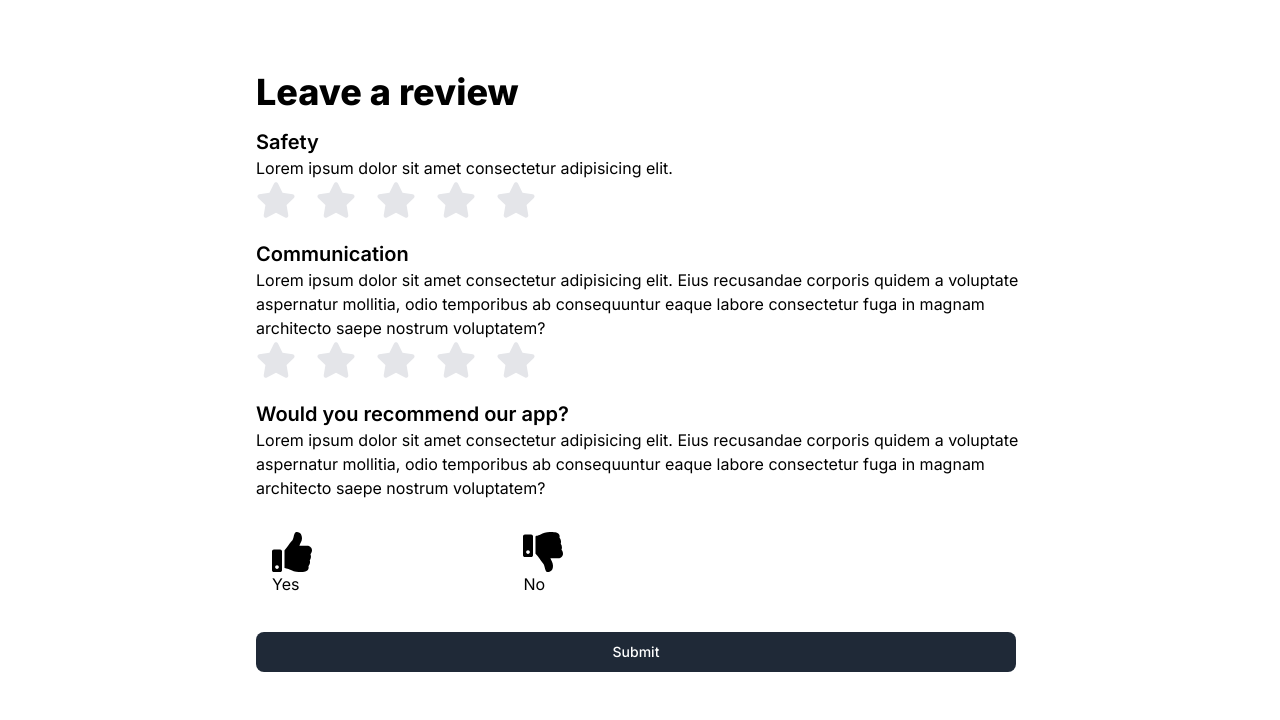
Repository: akankshaajoshi/review-form
Page: /review
An editor plug-in stored every save of this project. The page is shown before and after the next save, followed by the edit.
The browser window is 1280 px wide. The pictures show the whole page.
The project was rebuilt for these pictures with package versions that can differ from the ones it lists, and the page was loaded fresh each time. The framework's server and built-in components were replaced by stand-ins that run in the browser. Also part of the build but not shown: next.config.mjs.

Above is the page before, as saved 2024-05-25 13:52:15.

### app/(routes)/review/page.tsx
'use client'

import { useFormState, useFormStatus } from "react-dom";
import {createReview} from "@/app/actions"
import StarRating from "./../../_components/StarRatings"
import TrueOrFalse from './../../_components/TrueOrFalse'

const initialState = {
    message: "",
    type: "",
}

function SubmitButton(){
    const {pending} = useFormStatus();
    return (
        <button type="submit" className="text-white bg-gray-800 hover:bg-gray-900 focus:outline-none focus:ring-4 focus:ring-gray-300 font-medium rounded-lg text-sm px-5 py-2.5 me-2 mb-2 dark:bg-gray-800 dark:hover:bg-gray-700 dark:focus:ring-gray-700 dark:border-gray-700" aria-disabled={pending}>
            Submit
        </button>
    )
}

export default function Review(){
    const ratings = [1, 2, 3, 4, 5];
    const [state, formAction] = useFormState(createReview, initialState);
    return (
        <div className="flex flex-col items-center w-[100vw] h-[100vh]">
            <div className="flex flex-col gap-y-4 items-left mt-[10vh] h-[80vh] w-[60vw]">
            <h2 className="text-4xl font-extrabold">Leave a review</h2>
            {state?.type === "success" && <p className="text-lg p-2 text-white rounded-md bg-green-500">{state?.message}</p>}
            {state?.type === "error" && <p className="text-lg p-2 text-white rounded-md bg-red-500">{state?.message}</p>}
            <form action={formAction} className="flex flex-col lg:gap-y-[20px] sm:gap-y-[30px]">
                <fieldset>
                    <label htmlFor="safety" className="text-xl font-semibold">Safety</label>
                    <p>Lorem ipsum dolor sit amet consectetur adipisicing elit. </p>
                    <StarRating name="safety"/>
                </fieldset>
                <fieldset>
                    <label htmlFor="communication" className="text-xl font-semibold">Communication</label>
                    <p>Lorem ipsum dolor sit amet consectetur adipisicing elit. Eius recusandae corporis quidem a voluptate aspernatur mollitia, odio temporibus ab consequuntur eaque labore consectetur fuga in magnam architecto saepe nostrum voluptatem?</p>
                    <StarRating name="communication"/>
                </fieldset>
                <fieldset>
                    <label htmlFor="recommend" className="text-xl font-semibold">Would you recommend our app? </label>
                    <p>Lorem ipsum dolor sit amet consectetur adipisicing elit. Eius recusandae corporis quidem a voluptate aspernatur mollitia, odio temporibus ab consequuntur eaque labore consectetur fuga in magnam architecto saepe nostrum voluptatem?</p>
                    <TrueOrFalse name="recommend"/>
                </fieldset>
                <SubmitButton/>
            </form>
            </div>
        </div>
    )
}

### app/actions.tsx
'use server'

import {revalidatePath} from "next/cache";
import {sql} from "@vercel/postgres"
import {z} from 'zod'
// CREATE TABLE reviews (
//     id SERIAL PRIMARY KEY,
//      safety INTEGER NOT NULL,
//     communication INTEGER NOT NULL,
//      recommend VARCHAR(5) NOT NULL );
export async function createReview(prevState: {message: string, type: string}, formData: FormData){

    const schema = z.object({
        safety: z.number(),
        communication: z.number(),
        recommend: z.string(),
    })
    const parse = schema.safeParse({
        safety: Number(formData.get('safety')),
        communication: Number(formData.get('communication')),
        recommend: formData.get('recommend'),
    })

    if (!parse.success) {
        console.log("incorrect parse")
        return { message: "Failed to create review", type: "error" };
      }

    const data = parse.data

    try{
        await sql`
        INSERT INTO reviews(safety, communication, recommend) VALUES (${data.safety}, ${data.communication}, ${data.recommend})
        `
        // revalidatePath('/reviews/' )
        return {message: `Added review successfully.`, type: "success"}
    }catch(err){
        console.log(err)
        return {message: `Failed to add review.`, type: "error"}
    }
}

### app/_components/StarRatings/index.tsx
import {FaStar} from "react-icons/fa"
import React, { useState } from "react";

interface StarProps {
  name: string;
};

const Index : React.FC<StarProps> = ({name}) => {
  const [rating , setRating] = useState<number>(0);
  const [hover, setHover] = useState<number>(0);
  return (
    <div className="flex flex-row lg:gap-x-5 sm:gap-x-3">
      {[...Array(5)].map((star, index) =>{
        const currentRating: number = index+1;
        return (
          <label key={index}>
            <input type="radio" name={name}
            className="hidden"
            value={index+1}
            onClick={()=>setRating(currentRating)}>
            </input>
            <FaStar className="star" size={40} color={currentRating <= (hover || rating) ? "#ffc107" : "#e4e5e9"}
            onMouseEnter={()=>setHover(currentRating)}
            onMouseLeave={()=>setHover(0)}
            ></FaStar>
          </label>
        )
      })}
    </div>
  )
}

export default Index

### app/_components/TrueOrFalse/index.tsx
import { FaThumbsDown, FaThumbsUp } from "react-icons/fa";
import { useState } from "react";

interface TrueOrFalseProps {
    name: string;
}

const TrueOrFalse : React.FC<TrueOrFalseProps> = ({name}) =>{
    const [selected, setSelected] = useState<string>("");
    return (
        <div className="flex flex-row gap-x-4 pt-4">
          <label className={`w-[30%] rounded-md mr-[5px] p-4 bg-${selected==='true'?  "green": "" }-500`}>
            <input type="radio" name={name}
            className="hidden"
            value="true"
            onClick={()=>setSelected("true")}
            >
            </input>
            <FaThumbsUp size={40}
            ></FaThumbsUp>
            Yes
          </label>
          <label className={`w-[30%] rounded-md mr-[5px] p-4 bg-${selected==='false'?  "red": "" }-500`}>
            <input type="radio" name={name}
            className="hidden"
            value="false"
            onClick={()=>setSelected("false")}>
            </input>
            <FaThumbsDown className="star" size={40}
            ></FaThumbsDown>
            No
          </label>
        </div>
    )
}

export default TrueOrFalse;

Loaded but not shown: app/layout.tsx (common file); app/globals.css (common file); tailwind.config.ts (common file)

After the next save:
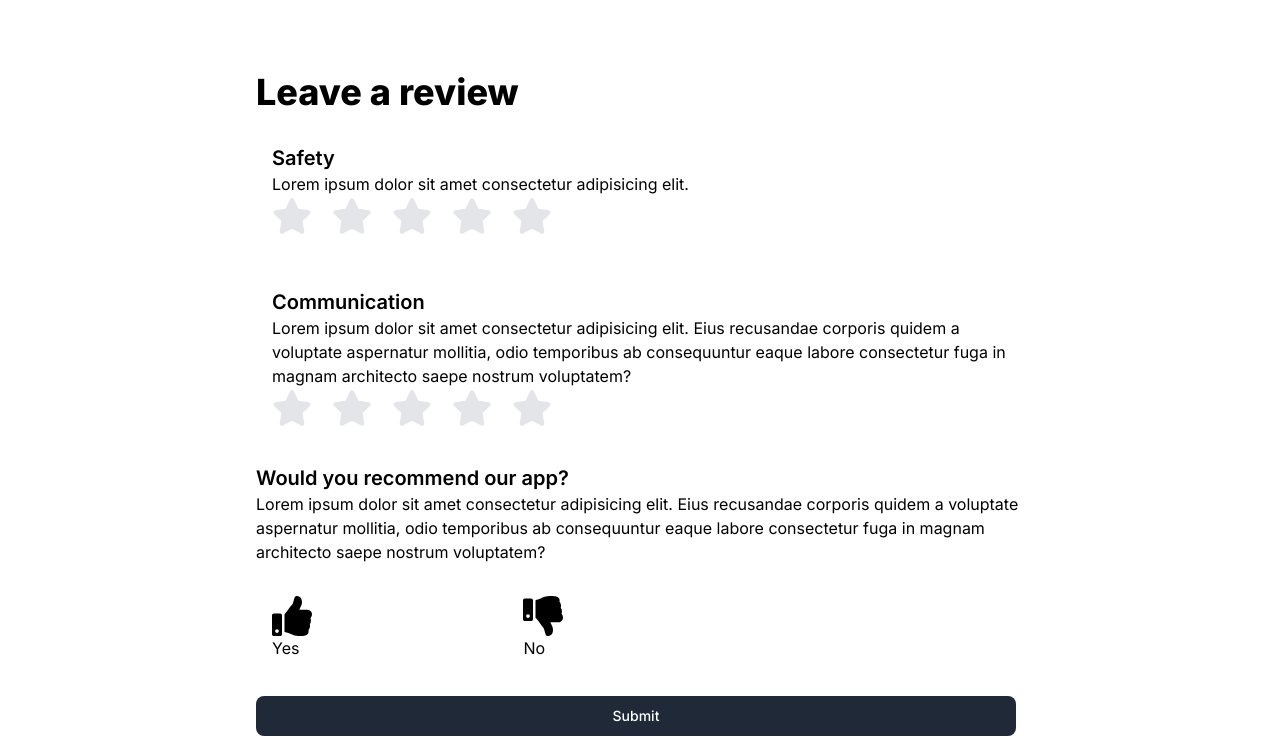
Saved 28 s later.
--- a/app/(routes)/review/page.tsx
+++ b/app/(routes)/review/page.tsx
@@ -29,12 +29,12 @@ export default function Review(){
             {state?.type === "success" && <p className="text-lg p-2 text-white rounded-md bg-green-500">{state?.message}</p>}
             {state?.type === "error" && <p className="text-lg p-2 text-white rounded-md bg-red-500">{state?.message}</p>}
             <form action={formAction} className="flex flex-col lg:gap-y-[20px] sm:gap-y-[30px]">
-                <fieldset>
+                <fieldset className="p-4">
                     <label htmlFor="safety" className="text-xl font-semibold">Safety</label>
                     <p>Lorem ipsum dolor sit amet consectetur adipisicing elit. </p>
                     <StarRating name="safety"/>
                 </fieldset>
-                <fieldset>
+                <fieldset className='p-4'>
                     <label htmlFor="communication" className="text-xl font-semibold">Communication</label>
                     <p>Lorem ipsum dolor sit amet consectetur adipisicing elit. Eius recusandae corporis quidem a voluptate aspernatur mollitia, odio temporibus ab consequuntur eaque labore consectetur fuga in magnam architecto saepe nostrum voluptatem?</p>
                     <StarRating name="communication"/>
